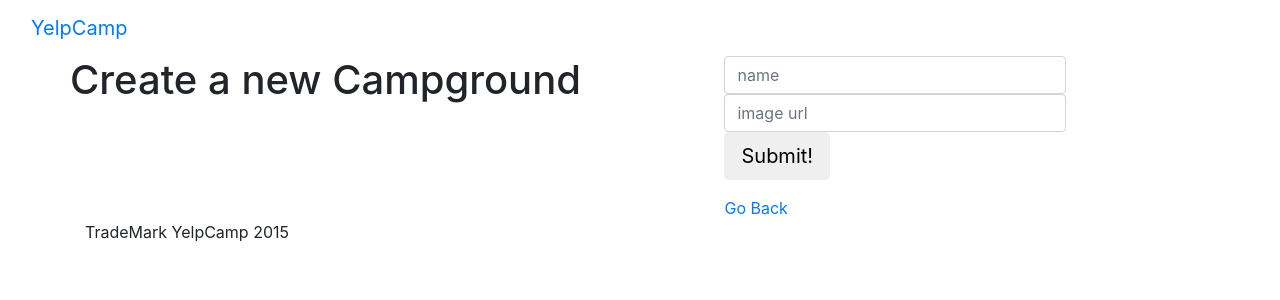
Repository: yshang0/WebDeveloperBootcamp
Page: http://localhost/campgrounds/new
The author's editor kept a record of every edit. The page is drawn from the files as they stood at one moment, then again after the next edit.
The browser window is 1280 px wide. The pictures show the whole page.
The page is served by the project's Node server (YelpCamp/v1/app.js).

Above is the page before.

After the next edit:
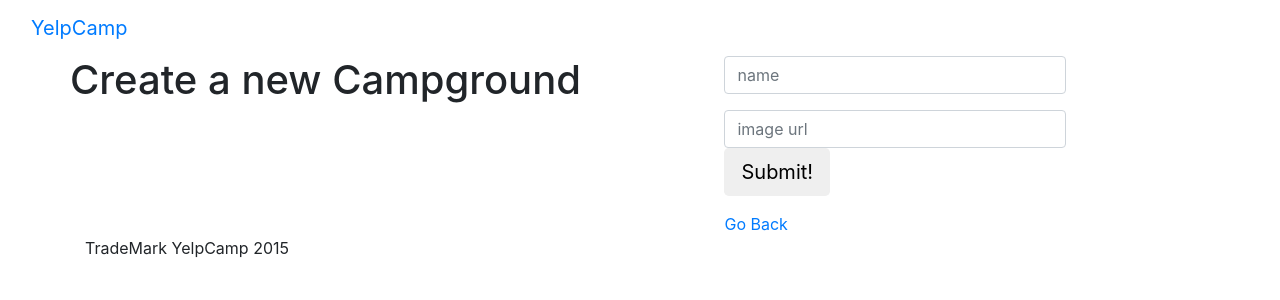
The edit:
--- a/PhotoShow/YelpCamp/v1/views/new.ejs
+++ b/PhotoShow/YelpCamp/v1/views/new.ejs
@@ -7,6 +7,8 @@
         <form action="/campgrounds" method="POST">
             <div class="form-group">
             <input class="form-control" type="text" name="name" placeholder="name">
+            </div>
+            <div class="form-group">
             <input class="form-control" type="text" name="image" placeholder="image url">
             <button class="btn btn-lg btn-default">Submit!</button>
         </form>
